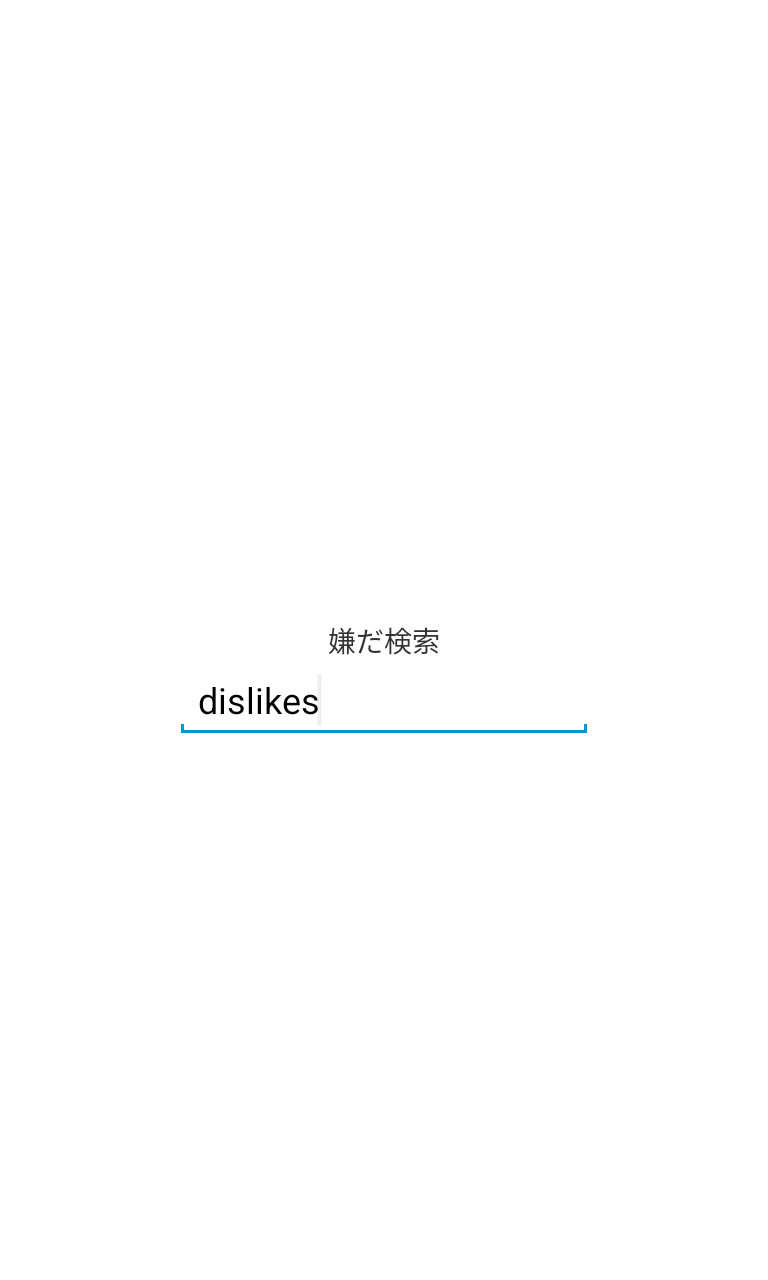
Repository: arthurbryant/android
Layout: Banana/res/layout/activity_main.xml
The author's editor kept a copy of each file at every save. The layout is drawn from the files as they stood at one save, then again after the next save.
It is drawn on a 768 x 1280 px phone screen (xhdpi) without system bars, with theme AppTheme; the app's code is not run.

Above is the layout before, as saved 2013-05-11 05:56:36.

After the next save:
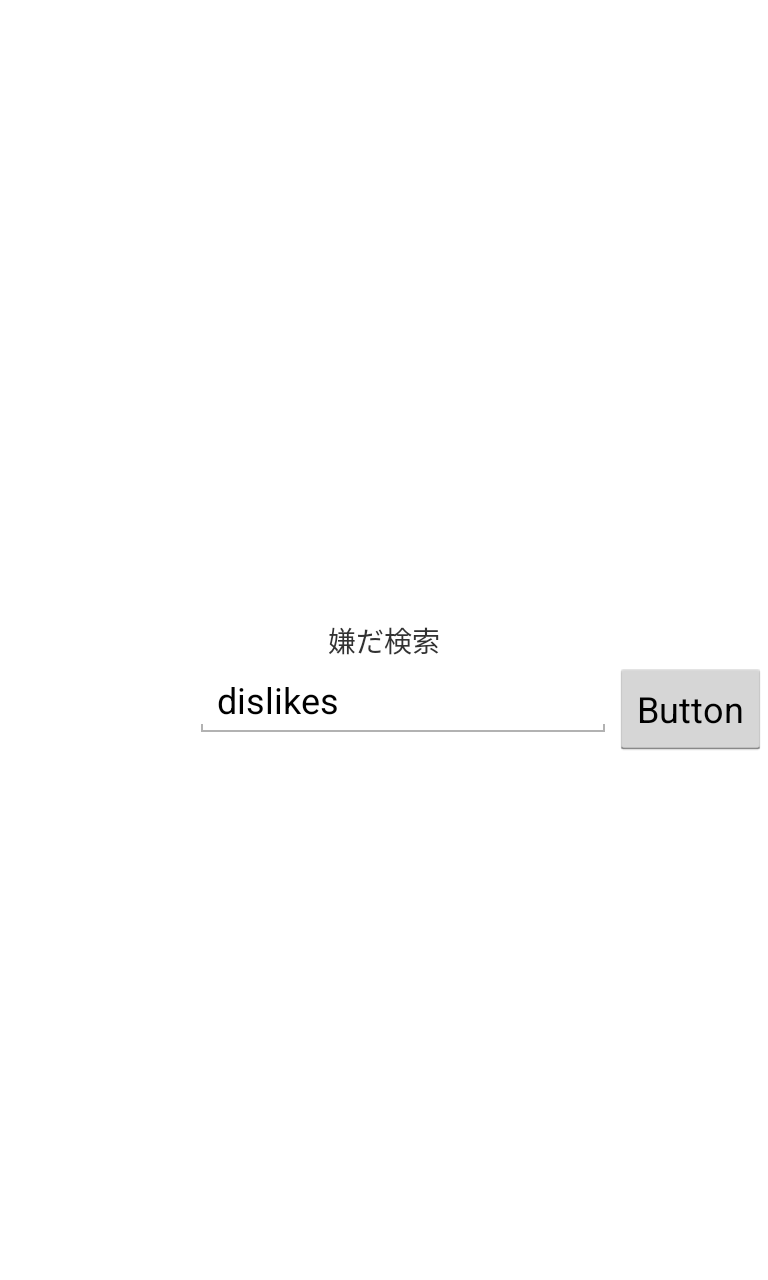
Saved 39 s later.
--- a/Banana/res/layout/activity_main.xml
+++ b/Banana/res/layout/activity_main.xml
@@ -12,17 +12,21 @@
         android:layout_centerVertical="true"
         android:text="@string/hello_world" />
 
+    <Button
+        android:id="@+id/button1"
+        android:layout_width="wrap_content"
+        android:layout_height="wrap_content"
+        android:layout_alignParentRight="true"
+        android:layout_alignTop="@+id/autoCompleteTextView1"
+        android:text="Button" />
+
     <AutoCompleteTextView
         android:id="@+id/autoCompleteTextView1"
         android:layout_width="wrap_content"
         android:layout_height="wrap_content"
         android:layout_below="@+id/textView1"
-        android:layout_centerHorizontal="true"
+        android:layout_toLeftOf="@+id/button1"
         android:ems="10"
-        android:text="@string/dislikes" >
-
-        <requestFocus />
-    </AutoCompleteTextView>
-
+        android:text="@string/dislikes" />
 
 </RelativeLayout>
